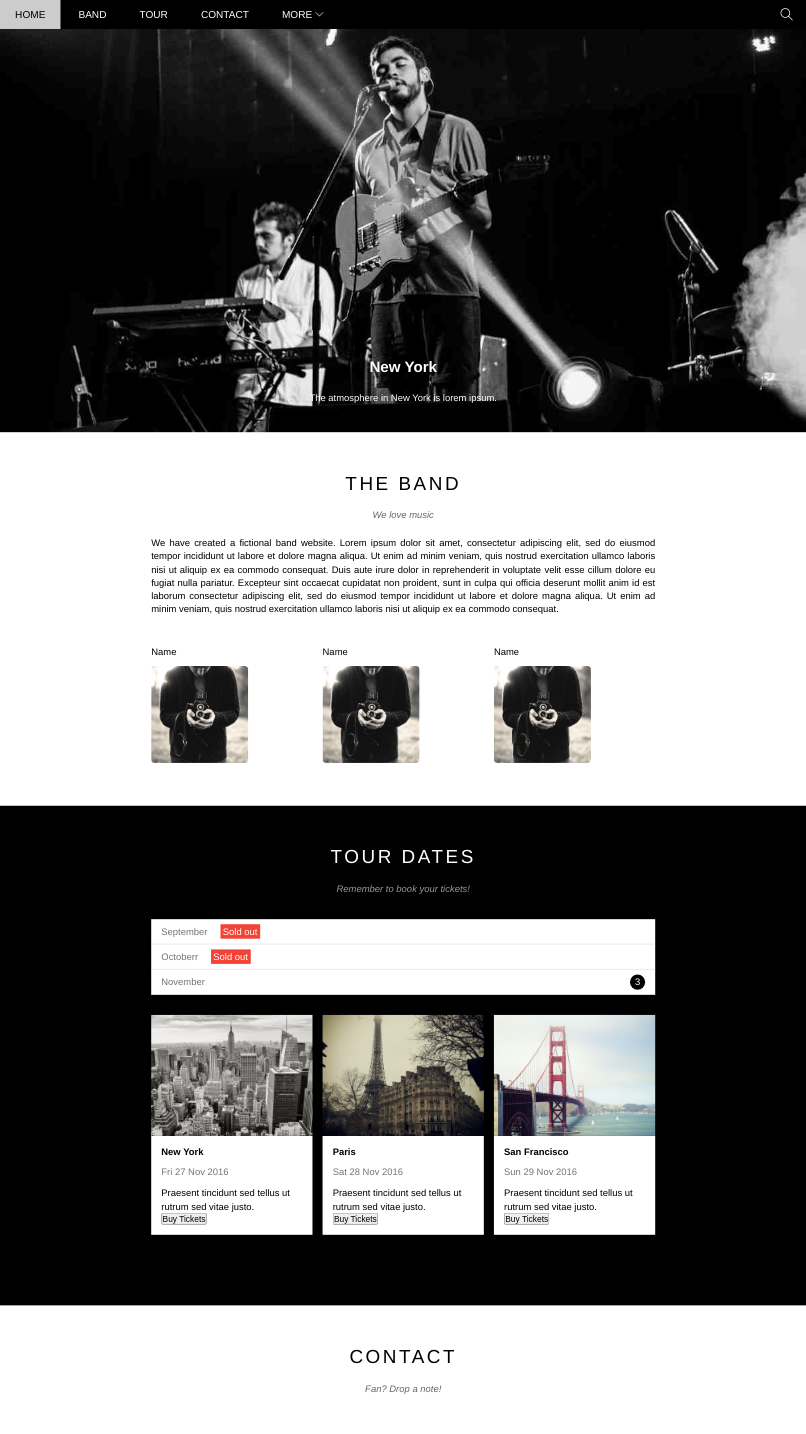
Repository: vophuocthanh/phuocthanhk03
Page: index.html
These files come from the project's save history. The page is drawn as it stood at one moment and after the next save; the edit follows.
The browser window is 1280 px wide. The pictures show the whole page, at 63% of full size.

Above is the page before, as saved 2022-03-27 10:09:40.

### index.html
<!DOCTYPE html>
<html lang="en">

<head>
    <meta charset="UTF-8" />
    <meta http-equiv="X-UA-Compatible" content="IE=edge" />
    <meta name="viewport" content="width=device-width, initial-scale=1.0" />
    <title>THE BAND</title>
    <link rel="stylesheet" href="./asset/css/style.css" />
    <link rel="stylesheet" href="/asset/icon/themify-icons/themify-icons.css">
</head>

<body>
    <div id="main">
        <div id="header">
            <!-- Begin : nav -->
            <ul id="nav">
                <li><a href="">Home<a></li>
                <li><a href="">Band</a></li>
                <li><a href="">Tour</a></li>
                <li><a href="">Contact</a></li>
                <li>
                    <a href="">
                        More
                        <i class="nav-arrow-down ti-angle-down"></i>
                    </a>
                    <ul class="subnav">
                        <li><a href="">Merchandise</a></li>
                        <li><a href="">Extras</a></li>
                        <li><a href="">Media</a></li>
                    </ul>
                </li>
            </ul>
            <!-- End: nav -->

            <!-- Begin: Search -->
            <div class="search-btn">
                <i class="search-icon ti-search"></i>
            </div>
            <!-- End: Search -->
        </div>

        <div id="slider">
            <div class="text-content">
                <h2 class="text-heading">New York</h2>
                <div class="text-description">The atmosphere in New York is lorem ipsum.</div>
            </div>
        </div>

        <div id="content">
            <!-- About section -->
            <div class="content-section">
                <h2 class="section-heading">THE BAND</h2>
                <p class="section-sub-heading">We love music</p>
                <p class="about-text">We have created a fictional band website. Lorem ipsum dolor sit amet, consectetur adipiscing elit, sed do eiusmod tempor incididunt ut labore et dolore magna aliqua. Ut enim ad minim veniam, quis nostrud exercitation ullamco laboris nisi
                    ut aliquip ex ea commodo consequat. Duis aute irure dolor in reprehenderit in voluptate velit esse cillum dolore eu fugiat nulla pariatur. Excepteur sint occaecat cupidatat non proident, sunt in culpa qui officia deserunt mollit anim
                    id est laborum consectetur adipiscing elit, sed do eiusmod tempor incididunt ut labore et dolore magna aliqua. Ut enim ad minim veniam, quis nostrud exercitation ullamco laboris nisi ut aliquip ex ea commodo consequat.</p>

                <div class="row members-list">
                    <div class="col col-third text-content">
                        <p class="member-name">Name</p>
                        <img src="./asset/img/band/member1.jpg" alt="Name" class="member-img">
                    </div>

                    <div class="col col-third text-content">
                        <p class="member-name">Name</p>
                        <img src="./asset/img/band/member1.jpg" alt="Name" class="member-img">
                    </div>

                    <div class="col col-third text-content">
                        <p class="member-name">Name</p>
                        <img src="./asset/img/band/member1.jpg" alt="Name" class="member-img">
                    </div>
                    <div class="clear"></div>
                </div>
            </div>




            <!-- Tour section -->
            <div class="tour-section">
                <div class="content-section">
                    <h2 class="section-heading
                    text-white">TOUR DATES</h2>
                    <p class="section-sub-heading text-white">Remember to book your tickets!</p>

                    <!-- ticket -->

                    <ul class="ticket-list">
                        <li>September <span class="sold-out">Sold out</span></li>
                        <li>Octoberr <span class="sold-out">Sold out</span></li>
                        <li>November <span class="quantily">3</span></li>
                    </ul>

                    <!-- Places -->
                    <div class="row place-list">
                        <div class="col col-third">
                            <img src="./asset/img/places/place1.jpg" alt="New York" class="place-img">
                            <div class="place-body">
                                <h3 class="place-heading">New York</h3>
                                <p class="place-time">Fri 27 Nov 2016</p>
                                <p class="place-desc">Praesent tincidunt sed tellus ut rutrum sed vitae justo.</p>
                                <button class="btn s-full-width js-buy-ticket">Buy Tickets</button>
                            </div>
                        </div>
                        <div class="col col-third">
                            <img src="./asset/img/places/place2.jpg" alt="New York" class="place-img">
                            <div class="place-body">
                                <h3 class="place-heading">Paris</h3>
                                <p class="place-time">Sat 28 Nov 2016</p>
                                <p class="place-desc">Praesent tincidunt sed tellus ut rutrum sed vitae justo.</p>
                                <button class="btn s-full-width js-buy-ticket">Buy Tickets</button>
                            </div>
                        </div>
                        <div class="col col-third">
                            <img src="./asset/img/places/palce3.jpg" alt="New York" class="place-img">
                            <div class="place-body">
                                <h3 class="place-heading">San Francisco</h3>
                                <p class="place-time">Sun 29 Nov 2016</p>
                                <p class="place-desc">Praesent tincidunt sed tellus ut rutrum sed vitae justo.</p>
                                <button class="btn s-full-width js-buy-ticket">Buy Tickets</button>
                            </div>
                        </div>
                        <div class="clear"></div>
                    </div>
                </div>

            </div>
            <!-- Contact section -->
            <div class="content-section">
                <h2 class="section-heading">CONTACT</h2>
                <p class="section-sub-heading">Fan? Drop a note!</p>
            </div>

            <div id="footer">

            </div>

        </div>

        <div class="modal js-modal">
            <div class="modal-container js-modal-container">
                <div class="modal-close js-modal-close">
                    <i class="ti-close"></i>
                </div>


                <header class="modal-header">
                    <i class="modal-heading-icon ti-bag"></i> Tickets
                </header>

                <div class="modal-body">
                    <label for="ticket-quantity" class="modal-label">
                        <i class="ti-shopping-cart"></i>
                        Tickets, $15 per person
                    </label>
                    <input id="ticket-quantity" type="text" class="modal-input" placeholder="How many?">

                    <label for="ticket-email" class="modal-label">
                        <i class="ti-user"></i>
                        Send to
                    </label>
                    <input id="ticket-email" type="email" class="modal-input" placeholder="Enter email...">


                    <button id="buy-tickets">
                        Pay <i class="ti-check"></i>
                    </button>
                </div>


                <footer class="modal-footer">
                    <p class="modal-help">Need <a href="">help?</a></p>
                </footer>
            </div>
        </div>


        <script>
            const buyBtns = document.querySelectorAll('.js-buy-ticket')

            const modal = document.querySelector('.js-modal')
            const modalContainer = document.querySelector('.js-modal-container')
            const modalclose = document.querySelector('.js-modal-close')


            // hàm hiển thị modal mua vé (thêm class vào open vào modal)
            function showBuytickets() {
                modal.classList.add('open')
            }
            // hàm ẩn modal mua vé (gỡ bỏ class vào open của modal)
            function hideBuytickets() {
                modal.classList.remove('open')
            }
            //lặp qua từng thẻ button và nghe hành vi click
            for (const buyBtn of buyBtns) {
                buyBtn.addEventListener('click', showBuytickets)
            }
            // nghe hành vi click vào button close
            modalclose.addEventListener('click', hideBuytickets)

            modal.addEventListener('click', hideBuytickets)

            modalContainer.addEventListener('click', function(event) {
                event.stopPropagation()
            })
        </script>

</body>

</html>

### asset/css/style.css
/*Reset*/

* {
    padding: 0;
    margin: 0;
    box-sizing: border-box;
}

html {
    font-family: Helvetica, Arial, sans-serif;
}


/*
 1. Từ ngoài vào trong
 2. Trên xuống dưới
 3. Từ tổng quan đến chi tiết

*/


/*
1. Vị Trí
2. Màu Sắc
3. Kích Thước
4.Kiểu Dáng */

.clear {
    clear: both;
}

.text-white {
    color: #fff !important;
}

.row {
    margin-left: -8px;
    margin-right: -8px;
}

.col {
    float: left;
    padding-left: 8px;
    padding-right: 8px;
}

.col-half {
    width: 50%;
}

.col-third {
    width: 33.3333%;
}

#main {}

#header {
    height: 46px;
    background-color: #000;
    position: fixed;
    top: 0;
    left: 0;
    right: 0;
    z-index: 1;
}

#nav {
    display: inline-block;
}

.subnav {
    list-style-type: none;
}

#nav>li {
    display: inline-block;
}

#nav li {
    position: relative;
}

#nav>li>a {
    color: #fff;
    text-transform: uppercase;
}

#nav li a {
    color: #fff;
    text-decoration: none;
    line-height: 46px;
    padding: 0 24px;
    display: block;
}

#nav li:hover .subnav {
    display: block;
}

#nav>li:hover>a,
#nav .subnav li:hover {
    color: #000;
    background-color: #ccc;
}

#nav .subnav {
    display: none;
    position: absolute;
    top: 100%;
    left: 0;
    min-width: 160px;
    background-color: #fff;
    box-shadow: 0 0 10px rgba(0, 0, 0, 0.3);
}

#nav .subnav a {
    color: #000;
    padding: 0 12px;
}

#nav .nav-arrow-down {
    font-size: 14px;
}

#header .search-btn {
    float: right;
    padding: 0 21px;
    cursor: pointer;
}

#header .search-btn:hover {
    background-color: #f44336;
}

#header .search-icon {
    color: #fff;
    font-size: 20px;
    line-height: 46px;
}

#slider {
    position: relative;
    margin-top: 46px;
    padding-top: 50%;
    background: url("/asset/img/slider/slider1.jpg") top center / cover no-repeat;
}

#slider .text-content {
    position: absolute;
    bottom: 47px;
    color: #fff;
    left: 50%;
    transform: translate(-50%);
    text-align: center;
}

#slider .text-headin {
    font-weight: 500;
    font-size: 24px;
}

#slider .text-description {
    font-size: 15px;
    margin-top: 25px;
}

#content {}

#content .content-section {
    width: 800px;
    padding: 64px 0;
    margin-left: auto;
    margin-right: auto;
}

#content .section-heading {
    font-size: 30px;
    font-weight: 500;
    text-align: center;
    letter-spacing: 4px;
}

#content .section-sub-heading {
    font-size: 15px;
    text-align: center;
    margin-top: 25px;
    font-style: italic;
    opacity: 0.6;
}

#content .about-text {
    font-size: 15px;
    margin-top: 25px;
    text-align: justify;
    line-height: 1.4;
}

#content .members-list {
    margin-top: 48px;
}

#content .member-name {
    font-size: 15px;
}

#content .member-img {
    width: 154px;
    margin-top: 15px;
    border-radius: 4%;
}


/* Tour-section */

.tour-section {
    background-color: #000;
}

.ticket-list {
    background-color: #fff;
    list-style: none;
    margin-top: 40px;
}

.ticket-list li {
    color: #757575;
    font-size: 15px;
    padding: 11px 16px;
    border-bottom: 1px solid #ddd;
}

.ticket-list .sold-out {
    background-color: #f44336;
    color: #fff;
    padding: 3px 4px;
    margin-left: 16px;
}

.ticket-list .quantily {
    float: right;
    width: 24px;
    height: 24px;
    background-color: #000;
    color: #fff;
    border-radius: 50%;
    text-align: center;
    line-height: 24px;
    margin-top: -3px;
}


/* Places */

.place-list {
    /* padding-bottom: 48px; */
    margin-top: 32px;
    margin-bottom: 48px;
}

.place-img {
    width: 100%;
    display: block;
}

.place-img:hover {
    opacity: 0.6;
}

.place-body {
    padding: 16px;
    font-size: 15px;
    background-color: #fff;
}

.place-heading {
    font-size: 15px;
    font-weight: 600;
}

.place-time {
    margin-top: 15px;
    color: #757575;
}

.place-desc {
    margin-top: 15px;
    line-height: 1.4;
}

.place-buy-btn {
    background-color: #000;
    color: #fff;
    text-decoration: none;
    padding: 11px 16px;
    display: inline-block;
    margin-top: 15px;
}

.place-buy-btn:hover {
    color: #000;
    background-color: #ccc;
}


/* Foote section */

#foote {}


/* Modal */

.modal {
    position: fixed;
    top: 0;
    right: 0;
    bottom: 0;
    left: 0;
    background-color: rgba(0, 0, 0, 0.4);
    align-items: center;
    justify-content: center;
    display: none;
}

.modal-container {
    background-color: #fff;
    width: 900px;
    max-width: calc(100% - 32px);
    min-height: 200px;
    position: relative;
    animation: modalFaceIn ease 0.5s;
}

.modal-header {
    background-color: #009688;
    height: 129px;
    display: flex;
    align-items: center;
    justify-content: center;
    font-size: 30px;
    color: #fff;
}

.modal-heading-icon {
    margin-right: 16px;
}

.modal-close:hover {
    opacity: 1;
}

.modal-close {
    position: absolute;
    right: 0;
    top: 0;
    color: #fff;
    padding: 10px;
    cursor: pointer;
    opacity: 0.8;
}

.modal-body {
    padding: 16px;
}

.modal-label {
    display: block;
    font-size: 15px;
    margin-bottom: 12px;
}

.modal-input {
    border: 1px solid #ccc;
    width: 100%;
    padding: 10px;
    font-size: 15px;
    margin-bottom: 24px;
}

#buy-tickets {
    background: #009688;
    border: none;
    color: #fff;
    width: 100%;
    font-size: 15px;
    text-transform: uppercase;
    padding: 18px;
    cursor: pointer;
}

#buy-tickets:hover {
    opacity: 0.9;
}

.modal-footer {
    padding: 16px;
    text-align: right;
    color: #2196f3;
}

.modal-footer a {
    color: #2196f3;
}

@keyframes modalFaceIn {
    from {
        opacity: 0;
        transform: translateY(-140px);
    }
    to {
        opacity: 1;
        transform: translateY(0);
    }
}

Loaded but not shown: asset/icon/themify-icons/themify-icons.css (common file)

After the next save:
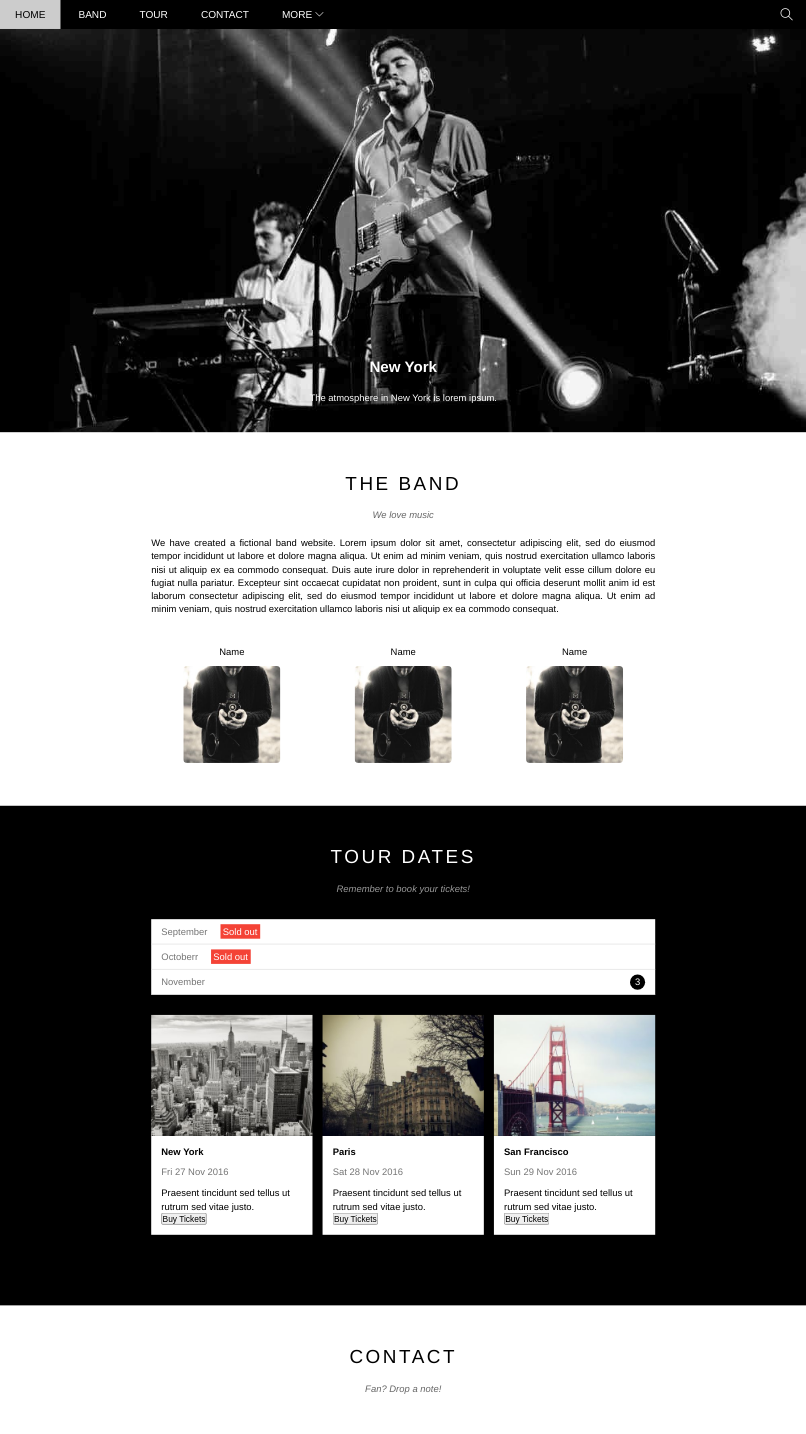
Saved 66 s later.
--- a/asset/css/style.css
+++ b/asset/css/style.css
@@ -31,6 +31,10 @@ html {
 
 .text-white {
     color: #fff !important;
+}
+
+.text-content {
+    text-align: center;
 }
 
 .row {
